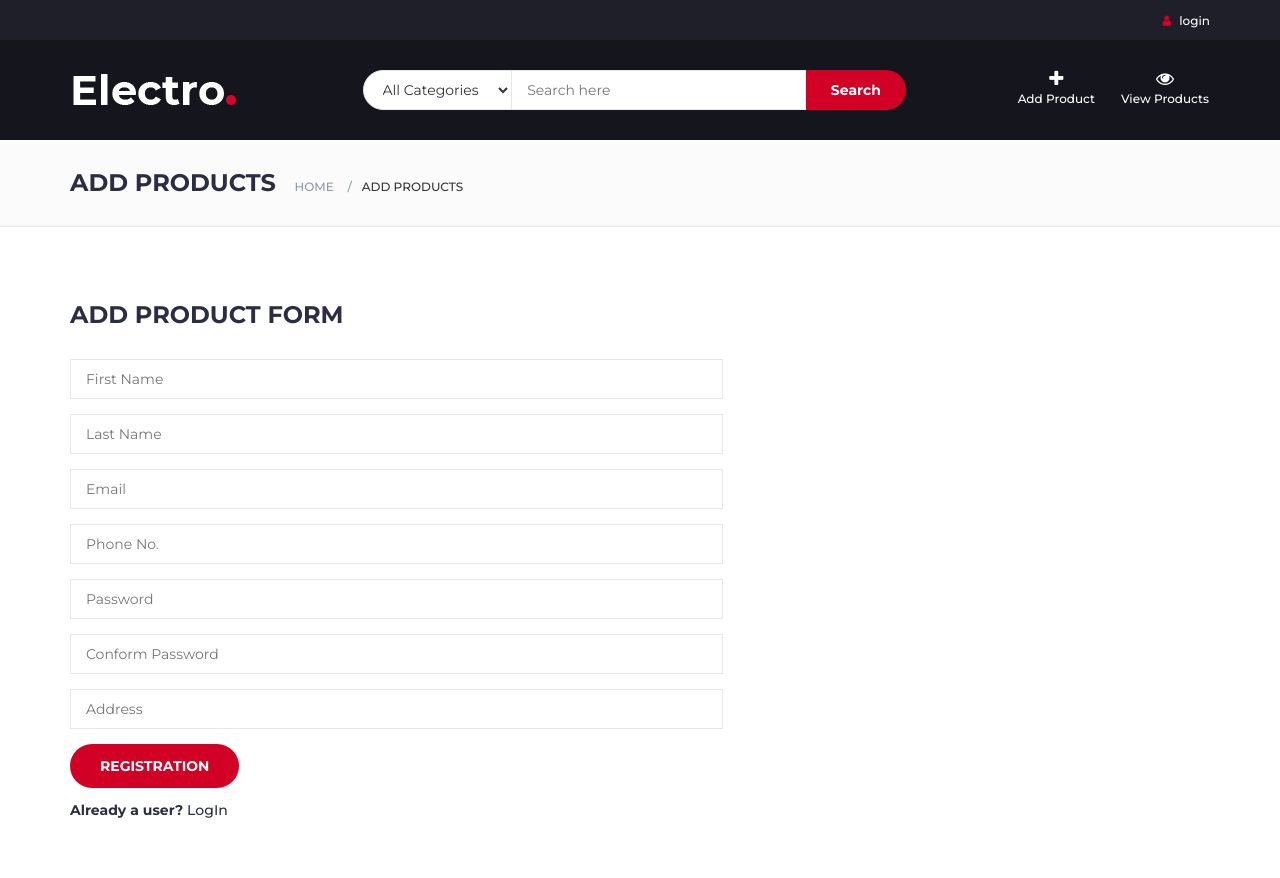
Repository: kinjalsavaliya263/JAVA
Page: http://localhost/electro-master/addproduct.jsp
These files come from the project's save history. The page is drawn as it stood at one moment and after the next save; the edit follows.
The browser window is 1280 px wide. The pictures show the whole page.
The page is served by Tomcat 9. Other server files are loaded and not shown. The template is opened directly, without the code that normally fills it, so the values that code supplies are empty.

Above is the page before, as saved 2023-03-22 12:23:54.

### electro-master/src/main/webapp/addproduct.jsp
<%@ page language="java" contentType="text/html; charset=UTF-8"
	pageEncoding="UTF-8"%>
	<%@ include file="sellerheader.jsp" %>
<!DOCTYPE html>
<html>
<head>
<meta charset="UTF-8">
<title>Electro -Ecommerce</title>

</head>
<body>
	<!-- BREADCRUMB -->
	<div id="breadcrumb" class="section">
		<!-- container -->
		<div class="container">
			<!-- row -->
			<div class="row">
				<div class="col-md-12">
					<h3 class="breadcrumb-header">Add Products</h3>
					<ul class="breadcrumb-tree">
						<li><a href="#">Home</a></li>
						<li class="active">Add Products</li>
					</ul>
				</div>
			</div>
			<!-- /row -->
		</div>
		<!-- /container -->
	</div>
	<!-- /BREADCRUMB -->

<!-- SECTION -->
	<div class="section">
		<!-- container -->
		<div class="container">
			<!-- row -->
			<div class="row">

				<div class="col-md-7">
					<!-- Add Product -->
					<form action="reg" method="post">
						<div class="billing-details">
							<span class="text-danger">${msg}</span> <span
								class="text-success">${msg1}</span>
							<div class="section-title">
								<h3 class="title">Add Product Form</h3>
							</div>


							<div class="form-group">
								<input class="input" type="text" name="fname"
									placeholder="First Name" id="fname">
							</div>
							<div class="form-group">
								<input class="input" type="text" name="lname"
									placeholder="Last Name" id="lname">
							</div>
							<div class="form-group">
								<input class="input" type="email" name="email"
									placeholder="Email" id="email">
							</div>
							<div class="form-group">
								<input class="input" type="text" name="phno"
									placeholder="Phone No." id="phno">
							</div>
							<div class="form-group">
								<input class="input" type="password" name="pass"
									placeholder="Password" id="pass">
							</div>
							<div class="form-group">
								<input class="input" type="password" name="cpass"
									placeholder="Conform Password" id="cpass">
							</div>
							<div class="form-group">
								<input class="input" type="text" name="address"
									placeholder="Address">
							</div>

							<div class="form-group">
								<button type="submit" class="primary-btn order-submit">Registration</button>
							</div>
							<div class="form-group">
								<h5>
									Already a user? <a href="login.jsp">LogIn</a>
								</h5>
							</div>
						</div>
					</form>
					<!-- /Add Product -->



				</div>


			</div>
			<!-- /row -->
		</div>
		<!-- /container -->
	</div>
	<!-- /SECTION -->



</body>
</html>

### electro-master/src/main/webapp/sellerheader.jsp

<%@page import="model.User"%>
<%@ page language="java" contentType="text/html; charset=UTF-8"
	pageEncoding="UTF-8"%>
<!DOCTYPE html>
<html>
<head>
<meta charset="UTF-8">
<title>Electro -Ecommerce</title>
<link
	href="https://fonts.googleapis.com/css?family=Montserrat:400,500,700"
	rel="stylesheet">

<!-- Bootstrap -->
<link type="text/css" rel="stylesheet" href="css/bootstrap.min.css" />

<!-- Slick -->
<link type="text/css" rel="stylesheet" href="css/slick.css" />
<link type="text/css" rel="stylesheet" href="css/slick-theme.css" />

<!-- nouislider -->
<link type="text/css" rel="stylesheet" href="css/nouislider.min.css" />

<!-- Font Awesome Icon -->
<link rel="stylesheet" href="css/font-awesome.min.css">

<!-- Custom stlylesheet -->
<link type="text/css" rel="stylesheet" href="css/style.css" />

<!-- HTML5 shim and Respond.js for IE8 support of HTML5 elements and media queries -->
<!-- WARNING: Respond.js doesn't work if you view the page via file:// -->
<!--[if lt IE 9]>
		  <script src="https://oss.maxcdn.com/html5shiv/3.7.3/html5shiv.min.js"></script>
		  <script src="https://oss.maxcdn.com/respond/1.4.2/respond.min.js"></script>
		<![endif]-->
</head>
<body>
	<!-- HEADER -->
	<header>
		<!-- TOP HEADER -->
		<div id="top-header">
			<div class="container">

				<%
				/* String email = (String) session.getAttribute("email"); */
				User us = (User) request.getAttribute("use");
				%>



				<ul class="header-links pull-left">

				</ul>
				<ul class="header-links pull-right">




					<%
					if (us != null) {
					%>

					<li><a href="myprofile?email=<%=us.getEmail()%>"><i
							class="fa fa-user"></i>My Profile</a></li>
					<li><a href="changepass.jsp?email=<%=us.getEmail()%>"><i
							class="fa fa-key"></i>Change Password</a></li>
					<li style="color: white;"><b>Welcome <%=us.getFname()%> <%=us.getLname()%></b></li>
					<li><a href="logout.jsp"><i class="fa fa-user"></i>Logout</a></li>
					<%
					} else {
					%>

					<li><a href="login.jsp"><i class="fa fa-user"></i> login</a></li>
					<%
					}
					%>


				</ul>
			</div>
		</div>
		<!-- /TOP HEADER -->

		<!-- MAIN HEADER -->
		<div id="header">
			<!-- container -->
			<div class="container">
				<!-- row -->
				<div class="row">
					<!-- LOGO -->
					<div class="col-md-3">
						<div class="header-logo">
							<a href="#" class="logo"> <img src="./img/logo.png" alt="">
							</a>
						</div>
					</div>
					<!-- /LOGO -->

					<!-- SEARCH BAR -->
					<div class="col-md-6">
						<div class="header-search">
							<form>
								<select class="input-select">
									<option value="0">All Categories</option>
									<option value="1">Category 01</option>
									<option value="1">Category 02</option>
								</select> <input class="input" placeholder="Search here">
								<button class="search-btn">Search</button>
							</form>
						</div>
					</div>
					<!-- /SEARCH BAR -->

					<!-- ACCOUNT -->
					<div class="col-md-3 clearfix">
						<div class="header-ctn">
							<!-- Add Product -->
							<div>
								<a href="addproduct.jsp"> <i class="fa fa-plus"></i> <span>Add
										Product</span>
								</a>
							</div>
							<!-- /Add Product -->

							<!-- View Product -->
							<div >
								<a href="viewproduct.jsp"> <i class="fa fa-eye"></i> <span>View
										Products</span>
								</a>

							</div>
							<!-- /View Product -->


						</div>
					</div>
					<!-- /ACCOUNT -->
				</div>
				<!-- row -->
			</div>
			<!-- container -->
		</div>
		<!-- /MAIN HEADER -->
	</header>
	<!-- /HEADER -->


</body>
</html>

Loaded but not shown: electro-master/src/main/webapp/css/bootstrap.min.css (library); electro-master/src/main/webapp/css/slick.css (common file); electro-master/src/main/webapp/css/slick-theme.css (library); electro-master/src/main/webapp/css/nouislider.min.css (library); electro-master/src/main/webapp/css/font-awesome.min.css (library); electro-master/src/main/webapp/css/style.css (2191 lines, source omitted)

After the next save:
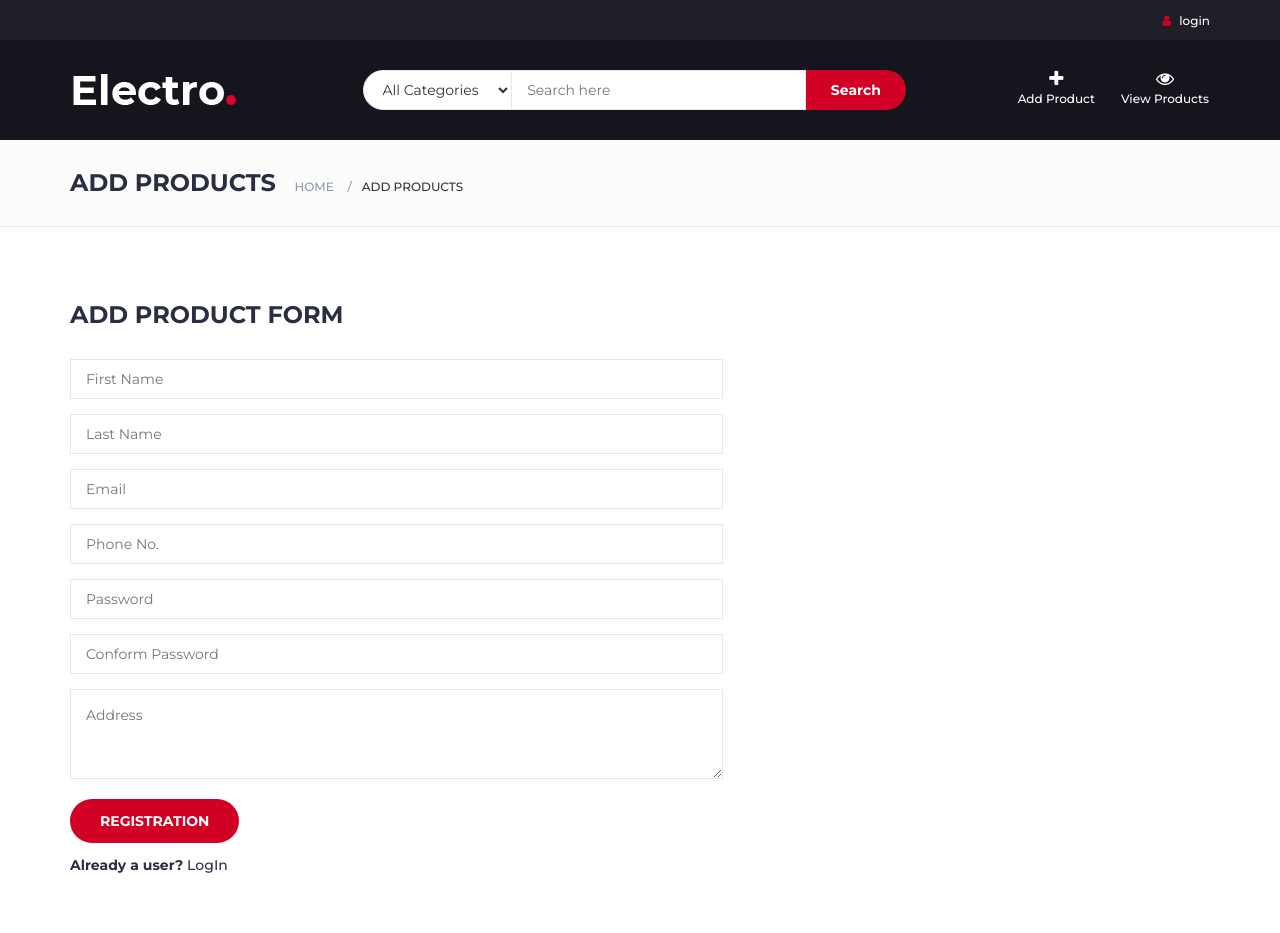
Saved 13 days later.
--- a/electro-master/src/main/webapp/addproduct.jsp
+++ b/electro-master/src/main/webapp/addproduct.jsp
@@ -72,8 +72,10 @@
 									placeholder="Conform Password" id="cpass">
 							</div>
 							<div class="form-group">
-								<input class="input" type="text" name="address"
-									placeholder="Address">
+							<textarea cols="3" class="input"  name="address"
+									placeholder="Address"></textarea>
+								<!-- <input class="input" type="text" name="address"
+									placeholder="Address"> -->
 							</div>
 
 							<div class="form-group">
